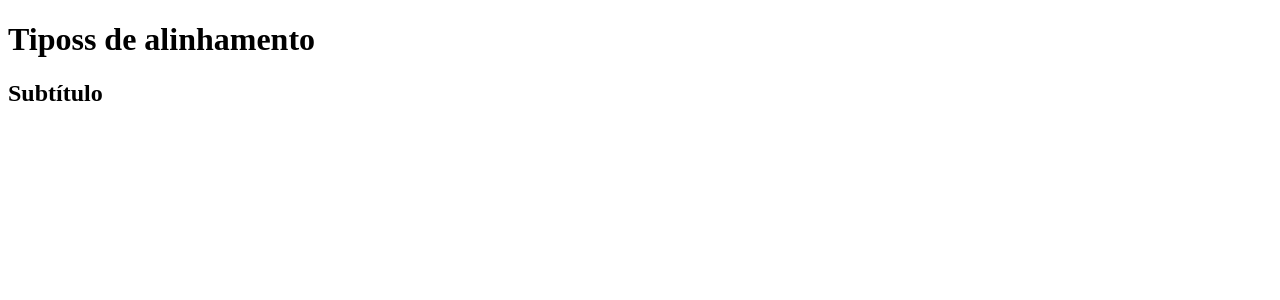
Repository: Codigo404q/html-css
Page: exercicios/ex017/fonte02.html
These files come from the project's save history. The page is drawn as it stood at one moment and after the next save; the edit follows.
The browser window is 1280 px wide. The pictures show the whole page.

Above is the page before, as saved 2023-11-04 21:17:34.

After the next save:
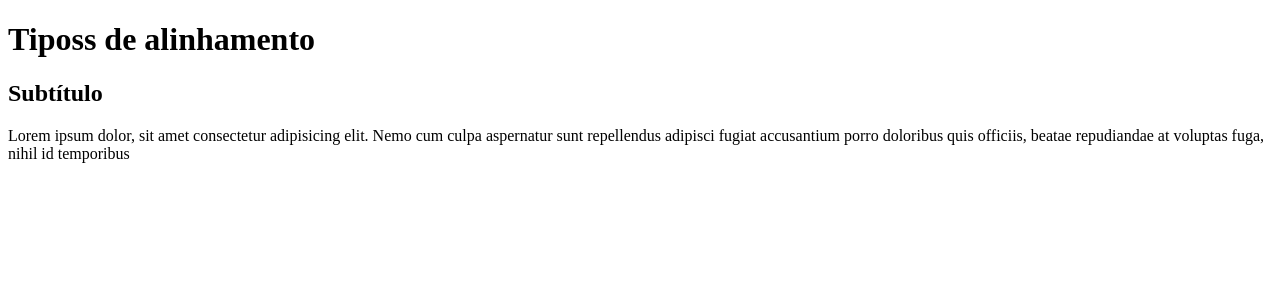
Saved 4 s later.
--- a/exercicios/ex017/fonte02.html
+++ b/exercicios/ex017/fonte02.html
@@ -8,6 +8,6 @@
 <body>
     <h1>Tiposs de alinhamento</h1>
     <h2>Subtítulo</h2>
-    <p></p>
+    <p>Lorem ipsum dolor, sit amet consectetur adipisicing elit. Nemo cum culpa aspernatur sunt repellendus adipisci fugiat accusantium porro doloribus quis officiis, beatae repudiandae at voluptas fuga, nihil id temporibus <inventore class="lore"></inventore></p>
 </body>
 </html>
